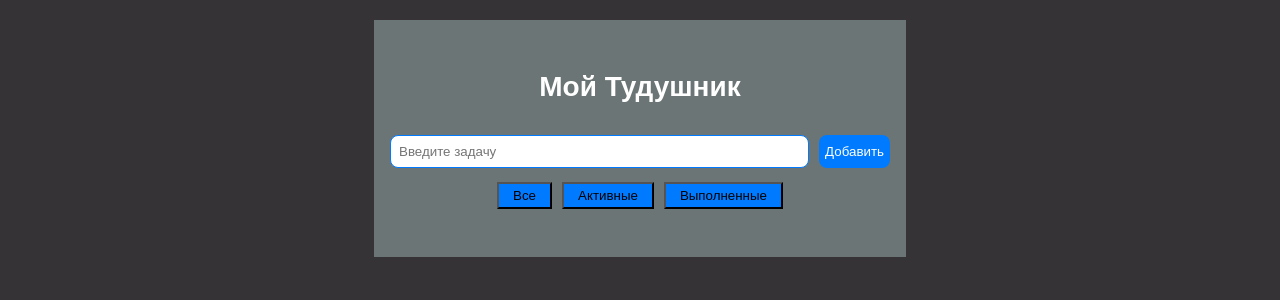
Repository: AlekCawka/-todo-project
Page: /
An editor plug-in stored every save of this project. The page is shown before and after a run of saves, followed by the edit.
The browser window is 1280 px wide. The pictures show the whole page.
The project was rebuilt for these pictures with package versions that can differ from the ones it lists, and the page was loaded fresh each time. Also part of the build but not shown: vite.config.js.

Above is the page before, as saved 2025-08-06 22:10:06.

### src/main.jsx
import React from 'react'
import ReactDOM from 'react-dom/client'
import App from './App.jsx'

ReactDOM.createRoot(document.getElementById('root')).render(
  <React.StrictMode>
    <App />
  </React.StrictMode>
)

### src/App.jsx
import React, { useState } from 'react';
import { useTodos } from './hooks/useTodos';

import './App.css';

const App = () => {
  const { todos, addTodo, deleteTodo, updateTodo, toggleCompleted } = useTodos();
  const [inputValue, setInputValue] = useState('');
  const [filter, setFilter] = useState('all');

  const handleAdd = () => {
    addTodo(inputValue);
    setInputValue('');
  }

  const handleChange = (e) => {
    setInputValue(e.target.value);
  }

  const getFilteredTodos = (todos, filter) => {
    switch (filter) {
      case 'active':
        return todos.filter(todo => !todo.completed);
      case 'completed':
        return todos.filter(todo => todo.completed);
      default:
        return todos;
    }
  };

  const filteredTodos = getFilteredTodos(todos, filter);

  return (
    <div className="container">
      <h1 className="title">Мой Тудушник</h1>

      <div className="form">
        <input
          type="text"
          placeholder="Введите задачу"
          value={inputValue}
          onChange={handleChange}
        />
        <button onClick={handleAdd}>Добавить</button>
      </div>

      <div className="filters">
        <button onClick={() => setFilter('all')}>Все</button>
        <button onClick={() => setFilter('active')}>Активные</button>
        <button onClick={() => setFilter('completed')}>Выполненные</button>
      </div>

      <ul className="list">
        {filteredTodos.map(todo => (
          <li key={todo.id} className="todo-item">
            <input
              type="checkbox"
              checked={todo.completed}
              onChange={() => toggleCompleted(todo.id)}
            />
            <span
              style={{ textDecoration: todo.completed ? 'line-through' : 'none' }}
            >
              {todo.text}
            </span>
            <button onClick={() => {
              const newText = prompt('Новое значение:', todo.text);
              if (newText) updateTodo(todo.id, newText);
            }}>Редактировать</button>
            <button onClick={() => deleteTodo(todo.id)}>Удалить</button>
          </li>
        ))}
      </ul>
    </div>
  );
};

export default App;

### src/hooks/useTodos.js
import { useState, useEffect } from 'react';
import { Trash2, Edit, Clock, Calendar, CheckSquare, Square } from 'lucide-react';

const generateId = () => crypto?.randomUUID?.() || `${Date.now()}-${Math.random()}`;

export const useTodos = () => {
    const [todos, setTodos] = useState([]);

    const normalize = (text) => text.trim().toLowerCase();

    useEffect(() => {
        const stored = localStorage.getItem('todos');
        if (stored) {
            setTodos(JSON.parse(stored));
        }
    }, []);

    useEffect(() => {
        localStorage.setItem('todos', JSON.stringify(todos));
    }, [todos]);

    const addTodo = (text, deadline = null) => {
        const trimmed = text.trim();

        if (!trimmed) return;

        const isDuplicate = todos.some(todo => normalize(todo.text) === normalize(text));

        if (isDuplicate) {
            return;
        }

        const newTodo = {
            id: generateId(),
            text: trimmed,
            completed: false,
            createdAt: new Date().toISOString(),
            deadline: deadline || null,
        };
        setTodos(prevTodos => [newTodo, ...prevTodos]);
    };

    const deleteTodo = (id) => {
        setTodos(prev => prev.filter(todo => todo.id !== id));
    };

    const updateTodo = (id, updates) => {
        setTodos(prev =>
            prev.map(todo =>
                todo.id === id ?
                    { ...todo, ...updates } : todo
            )
        );
    };

    const toggleCompleted = (id) => {
        setTodos(prev =>
            prev.map(todo =>
                todo.id === id ?
                    { ...todo, completed: !todo.completed } : todo
            )
        )
    }

    return {
        todos,
        addTodo,
        deleteTodo,
        updateTodo,
        toggleCompleted
    };
};

### src/App.css
body {
    font-family: sans-serif;
    background: rgb(53, 51, 54);
    margin: 0;
    padding: 0;
}

.container {
    max-width: 500px;
    margin: 20px auto;
    padding: 32px 16px;
    background-color: rgb(108, 117, 117);
}

.title {
    text-align: center;
    font-size: 28px;
    margin-bottom: 2rem;
    color: white;
}

.form {
    display: flex;
    gap: 10px;
    margin-bottom: 14px;
}

.form input {
    flex: 1;
    padding: 8px;
    border-radius: 8px;
    border: 1px solid #007bff;
}

.form button {
    background-color: #007bff;
    border: none;
    border-radius: 8px;
    cursor: pointer;
    color: white;
    transition: background-color 0.3s;
}

.form button:hover {
    background-color: #0056b3;
}

.filters {
    display: flex;
    justify-content: center;
    gap: 10px;
}

.filters button {
    padding: 4px 14px;
    background-color: #007bff;
}
/*
.filters {
    display: flex;
    justify-content: center;
    gap: 8px;
}

.filters button {
    padding: 7px 12px;
    background-color: #007bff;
    color: white;
    border-radius: 8px;
    border: none;
    cursor: pointer;
    transition: all 0.2s;

}

.filters button:hover {
    background-color: #0056b3;
}

.list {
    list-style: none;
    padding: 0;
    margin-top: 15px;
}

.todo-item {
    display: flex;
    align-items: center;
    gap: 8px;
    background-color: rgba(250, 244, 244, 0.203);
    padding: 10px;
    margin-bottom: 12px;
    border-radius: 8px;
    box-shadow: 0 1px 3px rgba(0, 0, 0, 0.4);
}

.todo-item span {
    flex: 1;
    font-size: 16px;
    color: white;
    word-break: break-word;
}

.todo-item button {
    background: white;
    border: none;
    border-radius: 8px;
    cursor: pointer;
    font-size: 14px;
    width: 120px;
}

.todo-item input[type="checkbox"] {
    width: 18px;
    height: 18px;
} */

After the next 2 saves:
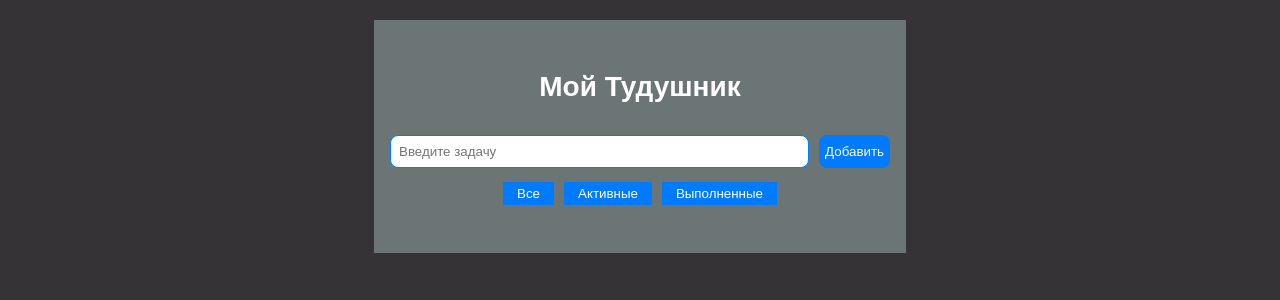
The 2 saves are shown as one change because they came seconds apart.
The last was saved 7 s later.
--- a/src/App.css
+++ b/src/App.css
@@ -54,6 +54,8 @@ body {
 .filters button {
     padding: 4px 14px;
     background-color: #007bff;
+    border: none;
+    color: white;
 }
 /*
 .filters {
